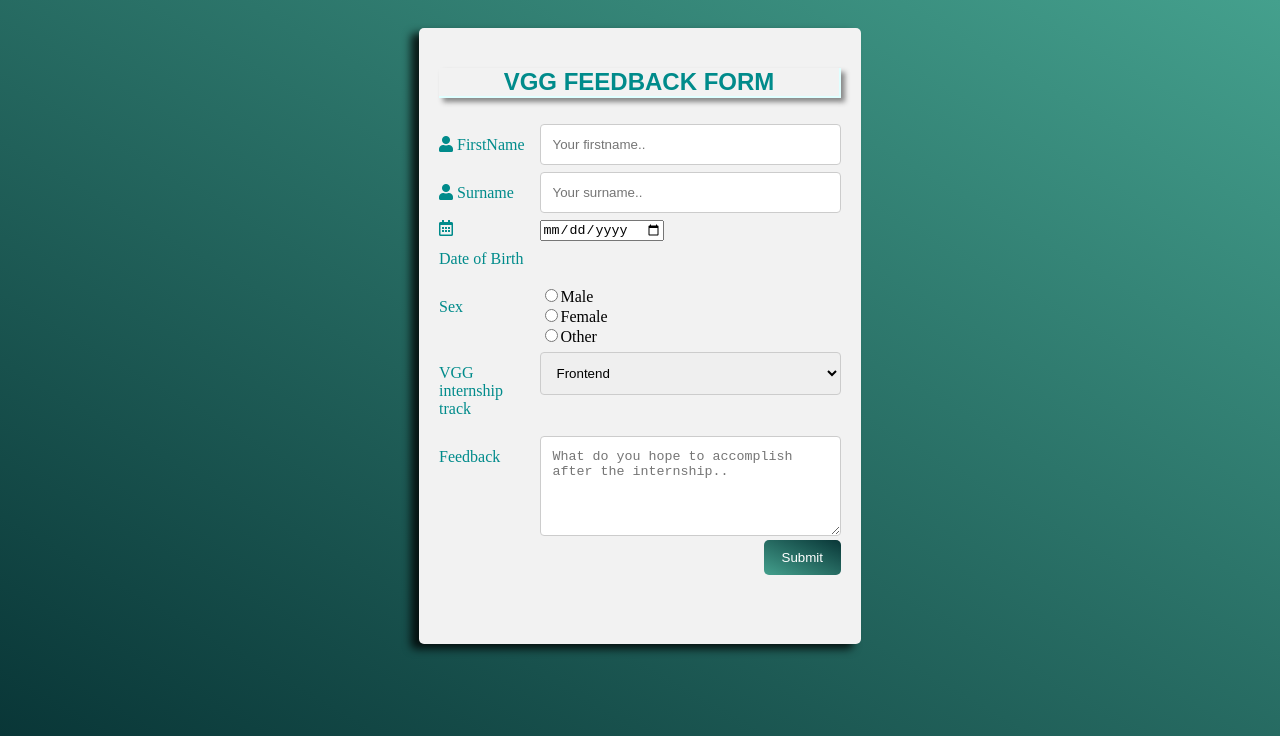
Repository: iphyokafor/VGG-Feedback-form
Page: index2.html
An editor plug-in stored every save of this project. The page is shown before and after the next save, followed by the edit.
The browser window is 1280 px wide. The pictures show the whole page.
Some web libraries are served in a nearby version.

Above is the page before, as saved 2020-01-27 11:33:45.

After the next save:
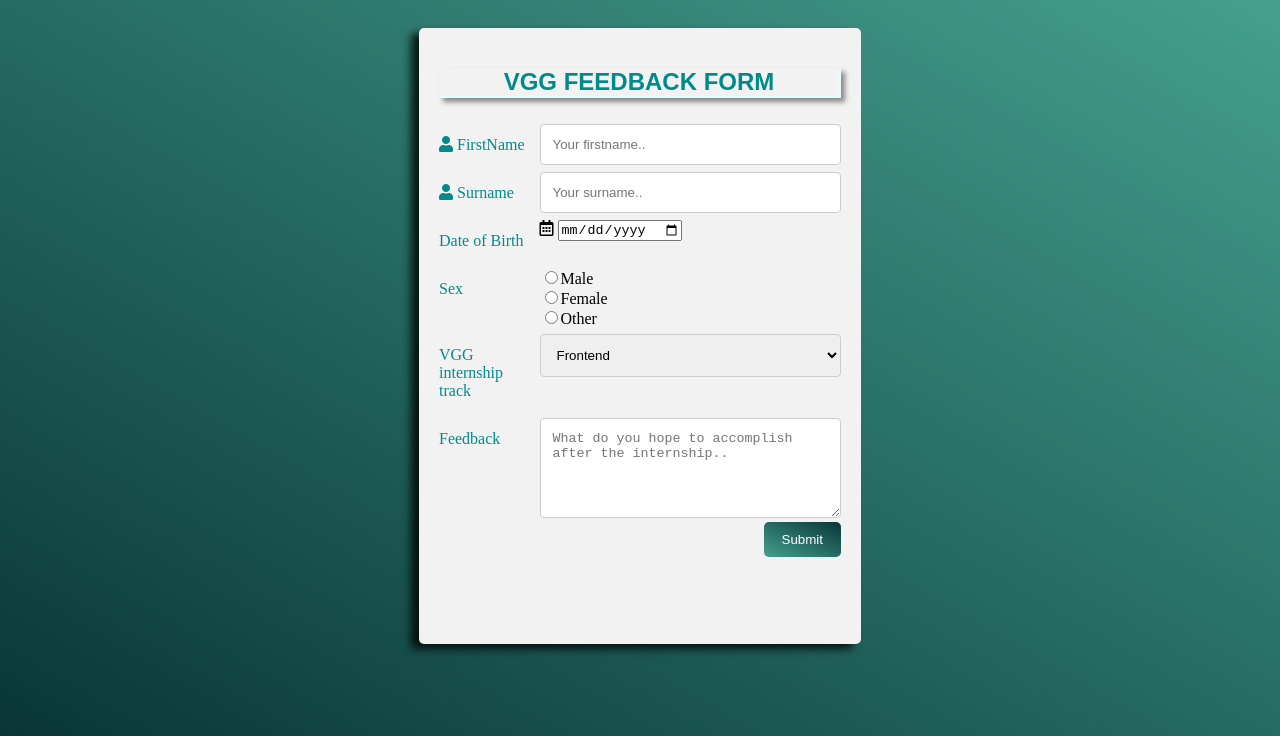
Saved 88 s later.
--- a/index2.html
+++ b/index2.html
@@ -34,10 +34,10 @@
             </div>
             <div class="row">
                 <div class="column1">
-                    <i class="far fa-calendar-alt"></i>
                     <label for="dob">Date of Birth</label>
                 </div>
                 <div class="column3">
+                    <i class="far fa-calendar-alt"></i>
                     <input type="date" id="date" name="date">
                 </div>
             </div>
